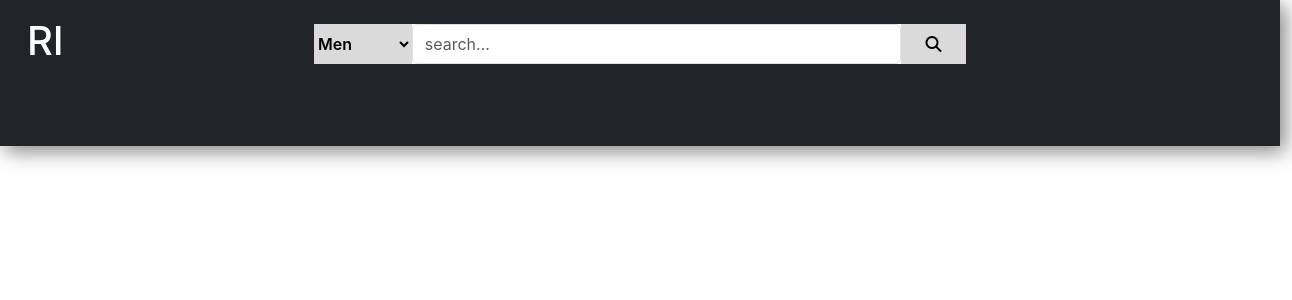
Repository: KodandaraoChellapilli/e-store
Page: /
These files come from the project's save history. The page is drawn as it stood at one moment and after the next save; the edit follows.
The browser window is 1280 px wide. The page is 1292 px wide, so the pictures cover 1292 px, including what lies to the right of the window. The pictures show the whole page.
The project was rebuilt for these pictures with package versions that can differ from the ones it lists, and the page was loaded fresh each time.

Above is the page before, as saved 2025-06-05 10:21:44.

After the next save:
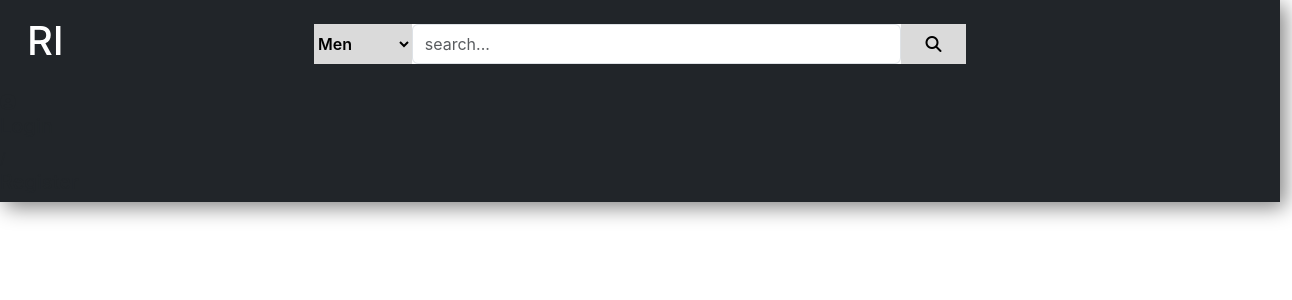
Saved 33 s later.
--- a/src/App.js
+++ b/src/App.js
@@ -26,7 +26,7 @@ function App() {
 
           <div  className = 'login-container'>
             <i className='fa fa-user-circle'/>
-            <h5>Login</h5>
+            <h5>Login</h5> / <h5>Register</h5>
 
           </div>
 
